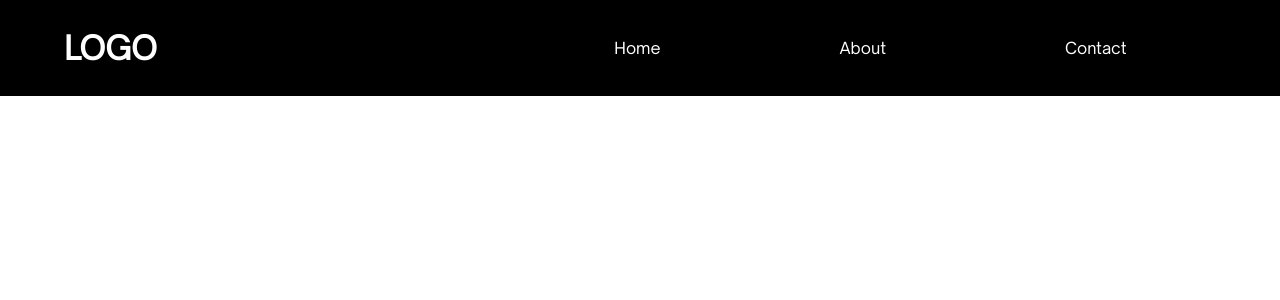
Repository: jchukwuezi/resuable-components
Page: navbar/navbar.html
The author's editor kept a copy of each file at every save. The page is drawn from the files as they stood at one save, then again after the next save.
The browser window is 1280 px wide. The pictures show the whole page.

Above is the page before, as saved 2022-05-18 22:53:49.

After the next save:
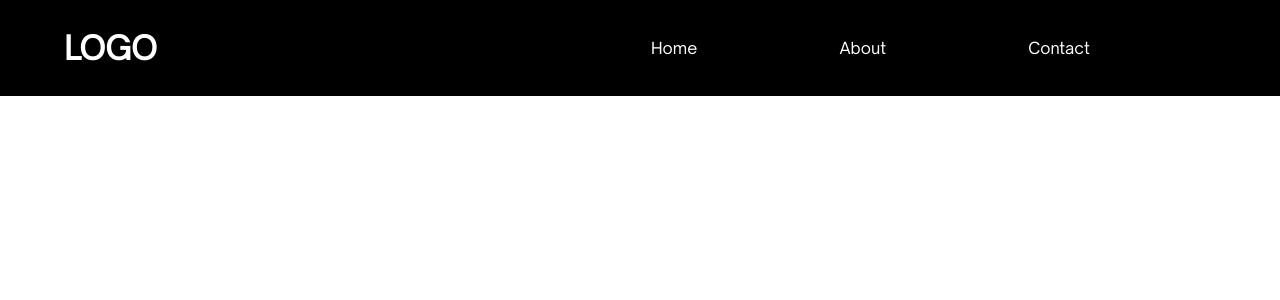
Saved 4 min 49 s later.
--- a/navbar/navbar.css
+++ b/navbar/navbar.css
@@ -38,7 +38,7 @@ nav{
 
 .navbar__links{
     display: flex;
-    justify-content: space-around;
+    justify-content: space-evenly;
     align-items: center;
     float: right;
     padding: 0;
